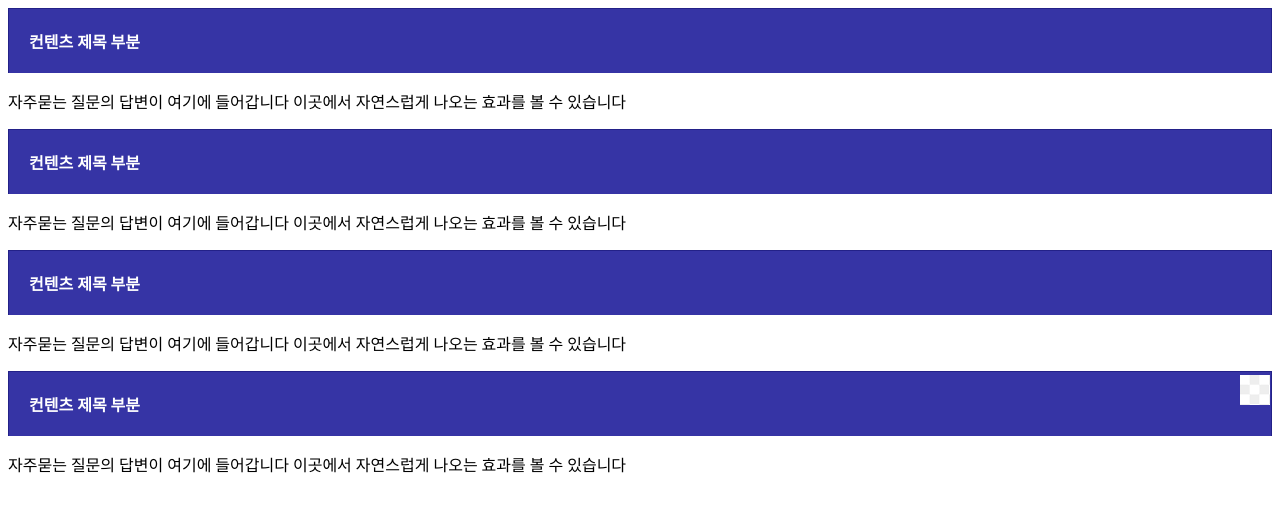
Repository: Heo-sh/GroupProject
Page: http://localhost/Spring_project_2/WEB-INF/views/faq.jsp
The author's editor kept a copy of each file at every save. The page is drawn from the files as they stood at one save, then again after the next save.
The browser window is 1280 px wide. The pictures show the whole page.
The page is served by Tomcat 9. Nobody is signed in. Other server files are loaded and not shown. The template is opened directly, without the code that normally fills it, so the values that code supplies are empty.

Above is the page before, as saved 2023-05-31 05:22:24.

### work_로그인_회원페이지/Spring_project_2/src/main/webapp/WEB-INF/views/faq.jsp
<%@ page language="java" contentType="text/html; charset=UTF-8"
    pageEncoding="UTF-8"%>
<!DOCTYPE html>
<html>
	<head>
		<meta charset="UTF-8">
		<title>faq</title>

		<style type="text/css">
			input[id*="answer"] {
				display:none;
			}

			input[id*="answer"] + label {
				display: block;
				padding: 20px;
				border: 1px solid #232188;
				border-bottom: 0;
				color:#fff;
				font-weight: 900;
				background: #3634a5;
				cursor: pointer;
			}

			input[id*="answer"] + label em {
				position: absolute;
				top:50%;
				right:10px;
				width: 30px;
				height: 30px;
				margin-top: 15px;
				display: inline-block;
				background: url('./resources/img/arrow.png') 0 0 no-repeat;
			}

			input[id*="answer"] + label div {

				max-height: 0;
				transition: all .35s;
				overflow: hidden;
				background: #ebf8ff;
				font-size: 11px;
			}

			input[id*="answer"] + label div p {
				display: inline-block;
				padding: 20px;
			}

			input[id*="answer"]:checked + label + div {max-height: 100px;}

			input[id*="answer"]:checked + label em {background-position: 0 -30px;}
		</style>
	</head>
	<body>
		<div class= "accordion">
			<input type ="checkbox" id="answer01">
			<label for="answer01">컨텐츠 제목 부분<em></em></label>
			<div><p>자주묻는 질문의 답변이 여기에 들어갑니다
					이곳에서 자연스럽게 나오는 효과를 볼 수 있습니다</p></div>
			<input type ="checkbox" id="answer02">
			<label for="answer02">컨텐츠 제목 부분<em></em></label>
			<div><p>자주묻는 질문의 답변이 여기에 들어갑니다
					이곳에서 자연스럽게 나오는 효과를 볼 수 있습니다</p></div>
			<input type ="checkbox" id="answer03">
			<label for="answer03">컨텐츠 제목 부분<em></em></label>
			<div><p>자주묻는 질문의 답변이 여기에 들어갑니다
					이곳에서 자연스럽게 나오는 효과를 볼 수 있습니다</p></div>
			<input type ="checkbox" id="answer04">
			<label for="answer04">컨텐츠 제목 부분<em></em></label>
			<div><p>자주묻는 질문의 답변이 여기에 들어갑니다
					이곳에서 자연스럽게 나오는 효과를 볼 수 있습니다</p></div>
		</div>
	</body>
</html>

After the next save:
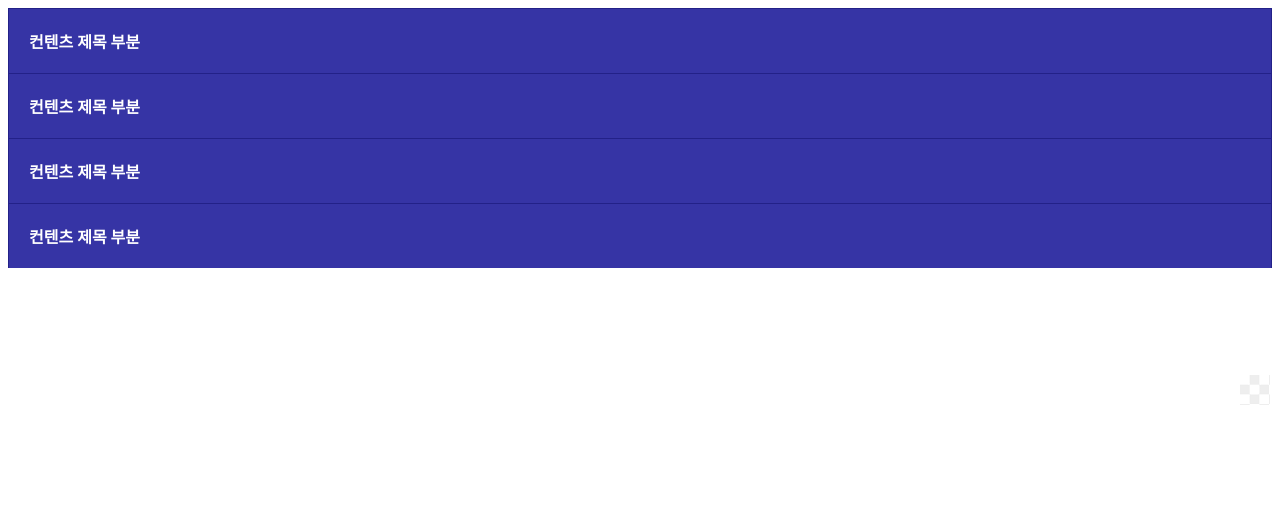
Saved 3 min 11 s later.
--- a/work_로그인_회원페이지/Spring_project_2/src/main/webapp/WEB-INF/views/faq.jsp
+++ b/work_로그인_회원페이지/Spring_project_2/src/main/webapp/WEB-INF/views/faq.jsp
@@ -33,7 +33,7 @@
 				background: url('./resources/img/arrow.png') 0 0 no-repeat;
 			}
 
-			input[id*="answer"] + label div {
+			input[id*="answer"] + label + div {
 
 				max-height: 0;
 				transition: all .35s;
